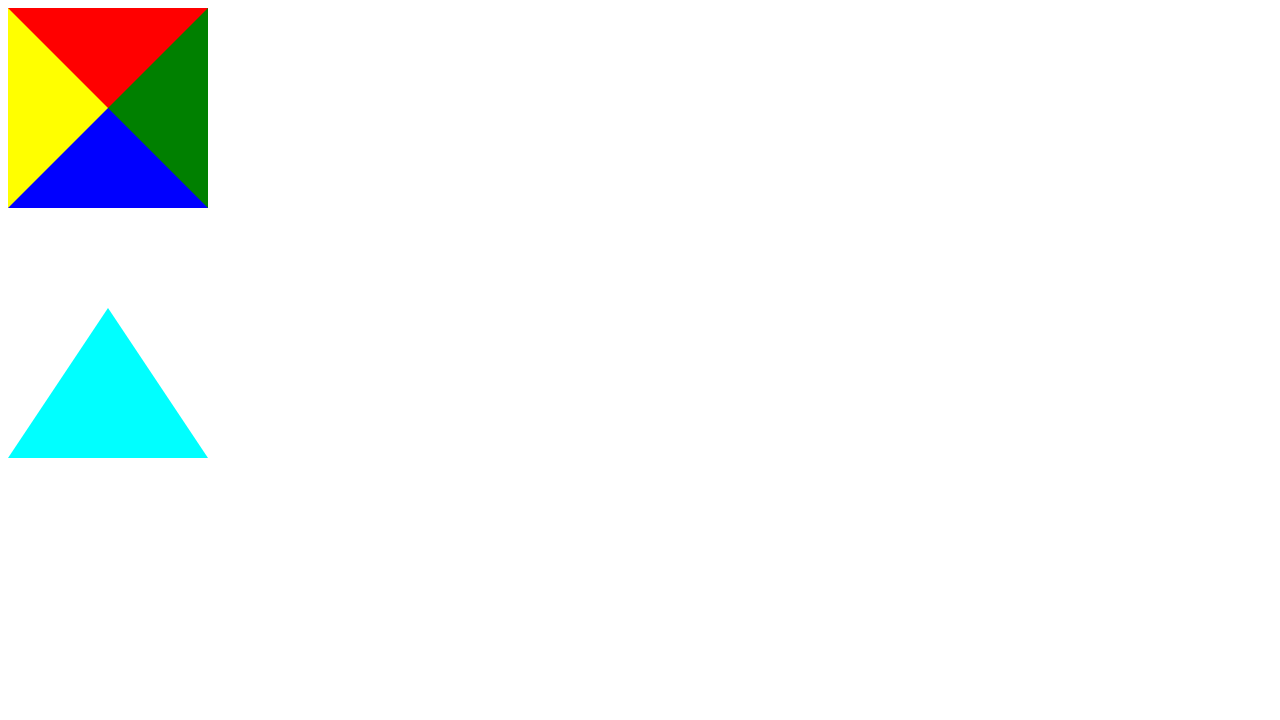
Repository: zh-webliker/achiveSomeFunction
Page: css/css画图.html
The author's editor kept a copy of each file at every save. The page is drawn from the files as they stood at one save, then again after the next save.
The browser window is 1280 px wide. The pictures show the whole page.

Above is the page before, as saved 2021-07-13 16:10:13.

### css/css画图.html
<!DOCTYPE html>
<html lang="en">
<head>
  <meta charset="UTF-8">
  <meta http-equiv="X-UA-Compatible" content="IE=edge">
  <meta name="viewport" content="width=device-width, initial-scale=1.0">
  <title>Document</title>
</head>
<style>
  .triangle {
    width: 0;
    height: 0;
    border-bottom: 100px solid blue;
    border-top: 100px solid red;
    border-left: 100px solid yellow;
    border-right: 100px solid green;
  }
  .triangleElse {
    width: 0;
    height: 0;
    border: 100px solid transparent;
    border-bottom: 150px solid #0ff;
  }
</style>
<body>
  <div class="triangle"></div>
  <div class="triangleElse"></div>
</body>
</html>

After the next save:
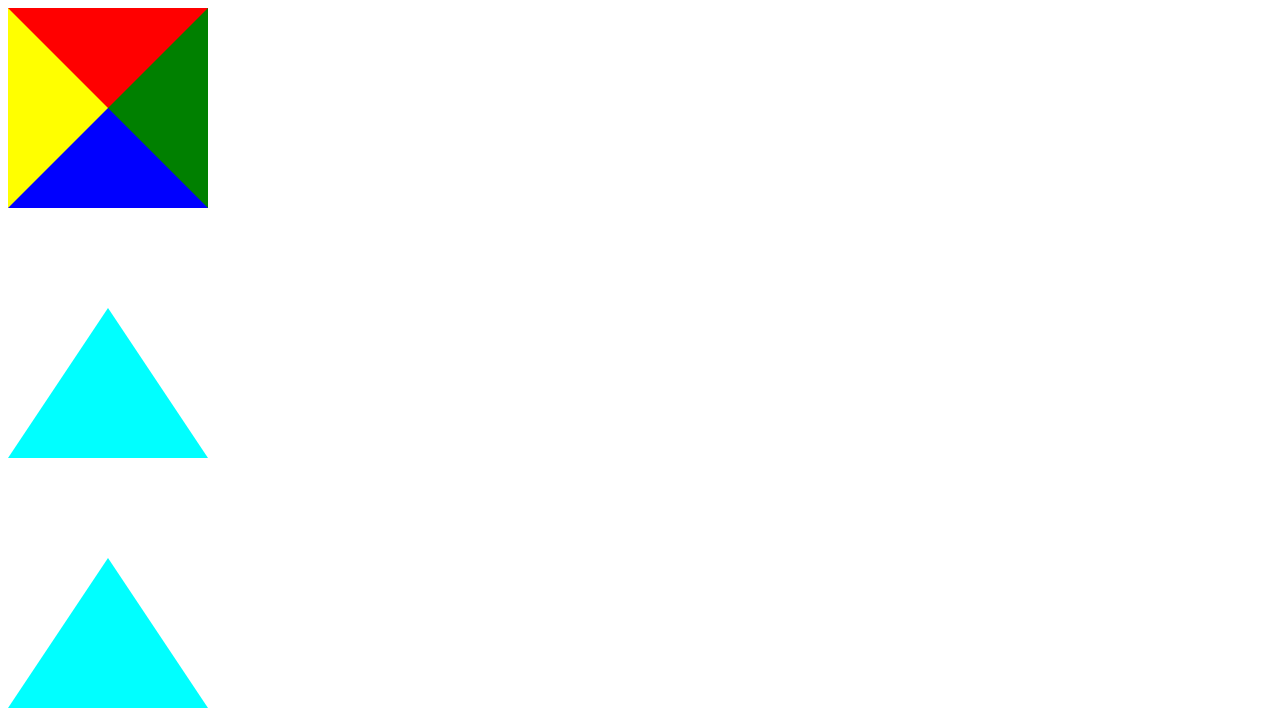
Saved 54 s later.
--- a/css/css画图.html
+++ b/css/css画图.html
@@ -25,5 +25,6 @@
 <body>
   <div class="triangle"></div>
   <div class="triangleElse"></div>
+  <div class="triangleElse"></div>
 </body>
 </html>
